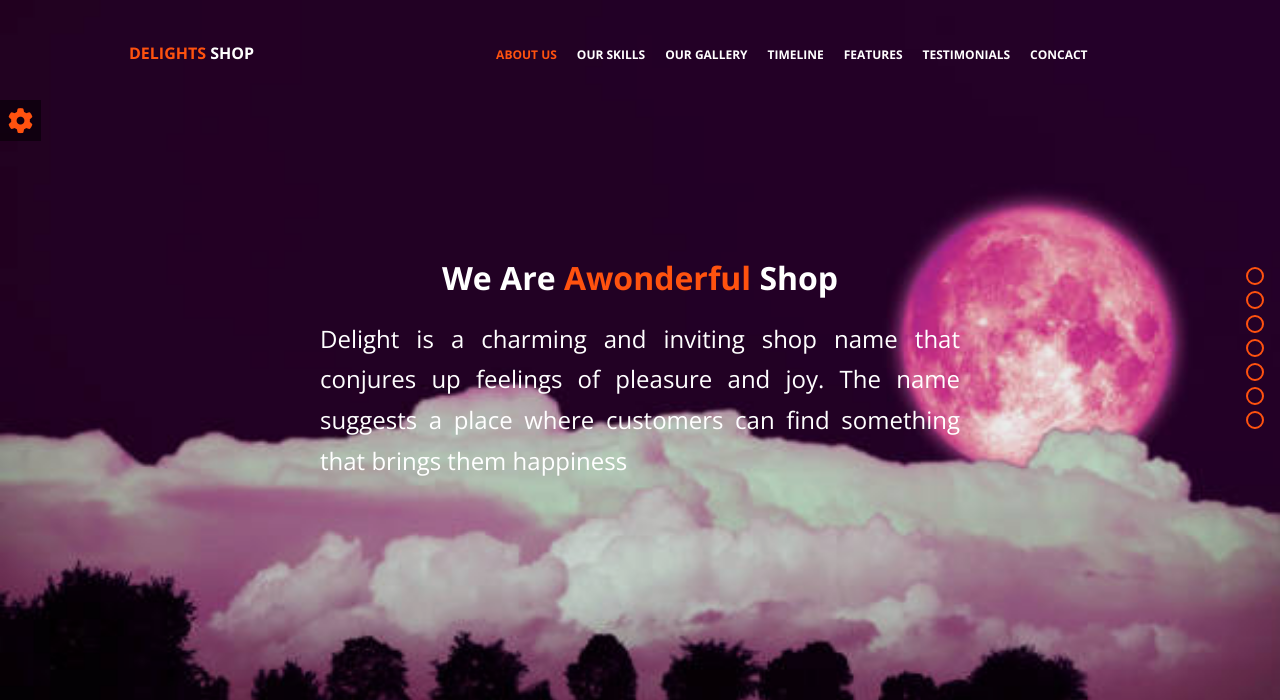
Repository: Hager-h/deLight
Page: index.html
An editor plug-in stored every save of this project. The page is shown before and after the next save, followed by the edit.
The browser window is 1280 px wide. The pictures show the part of the page from y = 0 to 700 px (the page is 6117 px tall).
A picture or video elsewhere on the page could not be fetched, so the positions and the page height are approximate.

Above is the page before, as saved 2023-05-27 13:41:25.

After the next save:
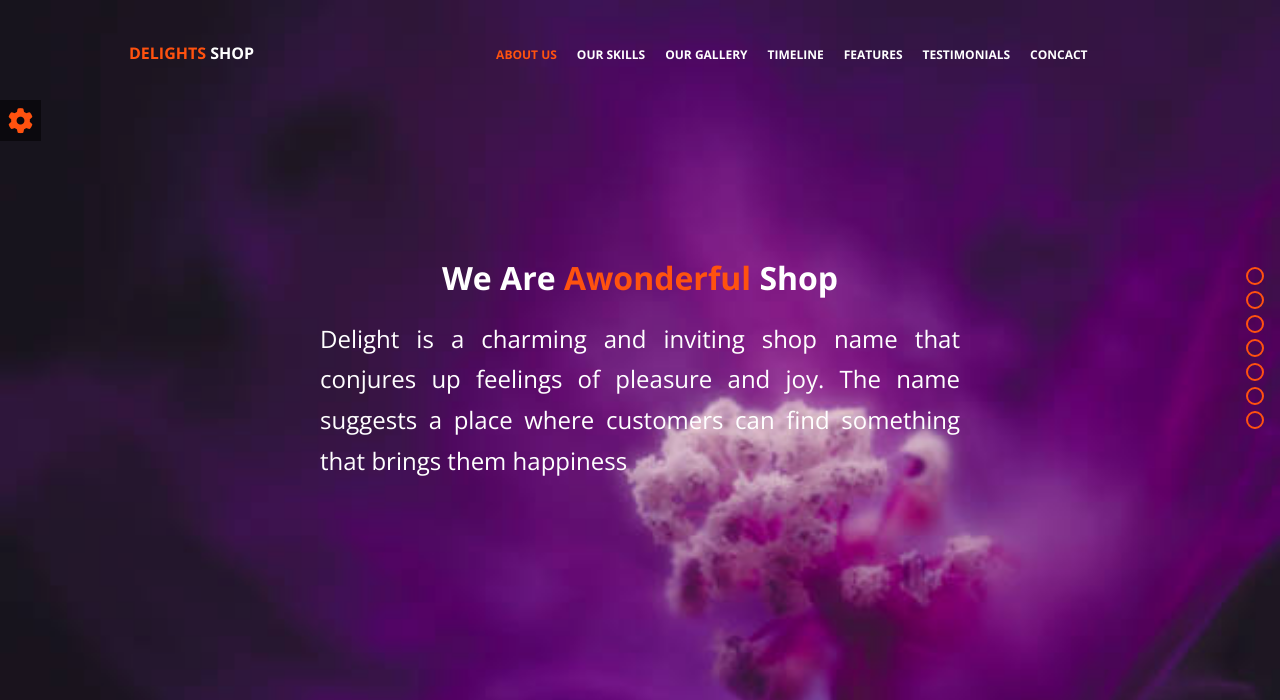
Console error: SyntaxError: Unexpected identifier 'im10'
Saved 10 min 9 s later.
--- a/js/index.js
+++ b/js/index.js
@@ -1,4 +1,4 @@
-let imgs=["im1.jpg","im4.jpg","im5.jpg","im8.jpg","im9.jpg","im10.jpg"]
+let imgs=["im1.jpg","im4.jpg","im5.jpg","im8.jpg",","im10.jpg"]
 let land=document.querySelector(".landing")
 
 let backgroundOp = true;

After the save that followed:
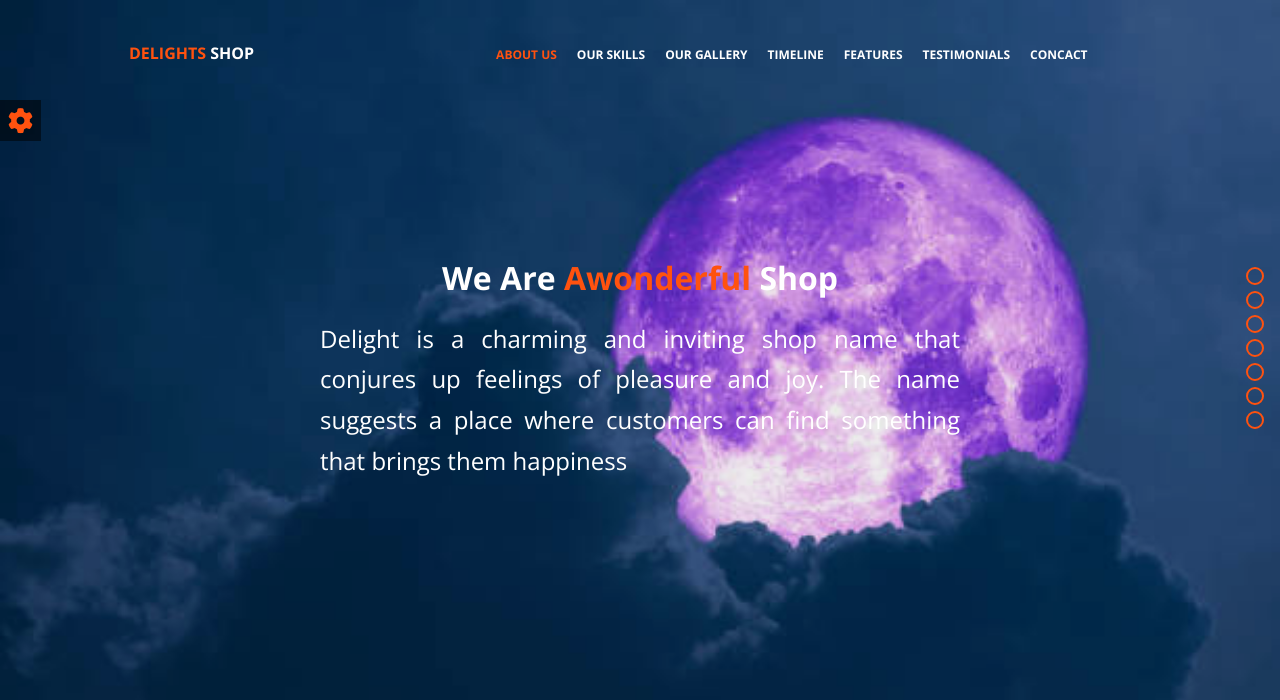
The error is gone.
Saved 5 s later.
--- a/js/index.js
+++ b/js/index.js
@@ -1,4 +1,4 @@
-let imgs=["im1.jpg","im4.jpg","im5.jpg","im8.jpg",","im10.jpg"]
+let imgs=["im1.jpg","im4.jpg","im5.jpg","im8.jpg"]
 let land=document.querySelector(".landing")
 
 let backgroundOp = true;
